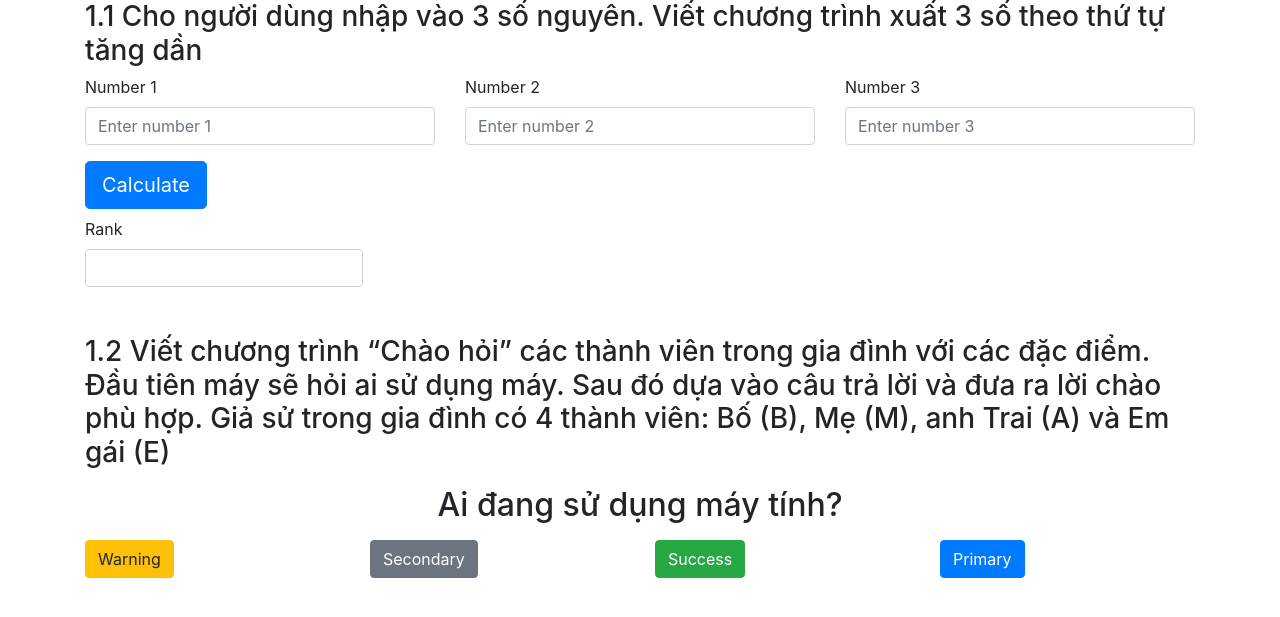
Repository: baobaodeveloper/bootscamp21__jsbasic__HuynhAnhBao
Page: index.html
An editor plug-in stored every save of this project. The page is shown before and after the next save, followed by the edit.
The browser window is 1280 px wide. The pictures show the whole page.

Above is the page before, as saved 2022-03-09 23:59:39.

### index.html
<!DOCTYPE html>
<html lang="en">
  <head>
    <title>javaScript basic</title>
    <!-- Required meta tags -->
    <meta charset="utf-8" />
    <meta
      name="viewport"
      content="width=device-width, initial-scale=1, shrink-to-fit=no"
    />

    <!-- Bootstrap CSS -->
    <link
      rel="stylesheet"
      href="https://stackpath.bootstrapcdn.com/bootstrap/4.3.1/css/bootstrap.min.css"
      integrity="sha384-ggOyR0iXCbMQv3Xipma34MD+dH/1fQ784/j6cY/iJTQUOhcWr7x9JvoRxT2MZw1T"
      crossorigin="anonymous"
    />
  </head>
  <body>
    <!-- Cho người dùng nhập vào 3 số nguyên. Viết chương trình xuất 3 số theo thứ tự tăng dần -->
    <div class="container mb-xl-5">
      <h3>
        1.1 Cho người dùng nhập vào 3 số nguyên. Viết chương trình xuất 3 số
        theo thứ tự tăng dần
      </h3>

      <div class="row">
        <div class="col">
          <label class="form-label">Number 1</label>
          <input
            type="text"
            class="form-control num1"
            placeholder="Enter number 1"
          />
        </div>
        <div class="col">
          <label class="form-label">Number 2</label>
          <input
            type="number"
            class="form-control num2"
            placeholder="Enter number 2"
          />
        </div>
        <div class="col">
          <label class="form-label">Number 3</label>
          <input
            type="number"
            class="form-control num3"
            placeholder="Enter number 3"
          />
        </div>
      </div>

      <button type="button " class="btn btn-primary btn-lg mt-3 mb-2 btn-rank">
        Calculate
      </button>

      <div class="mt-3 m-auto">
        <label class="form-label">Rank</label>
        <input type="text" class="form-control w-25 result1" />
      </div>
    </div>

    <!-- Viết chương trình “Chào hỏi” các thành viên trong gia đình với các đặc điểm. Đầu tiên máy
    sẽ hỏi ai sử dụng máy. Sau đó dựa vào câu trả lời và đưa ra lời chào phù hợp. Giả sử trong
    gia đình có 4 thành viên: Bố (B), Mẹ (M), anh Trai (A) và Em gái (E) -->
    <div class="container">
      <h3 class="mb-3">
        1.2 Viết chương trình “Chào hỏi” các thành viên trong gia đình với các
        đặc điểm. Đầu tiên máy sẽ hỏi ai sử dụng máy. Sau đó dựa vào câu trả lời
        và đưa ra lời chào phù hợp. Giả sử trong gia đình có 4 thành viên: Bố
        (B), Mẹ (M), anh Trai (A) và Em gái (E)
      </h3>

      <h2 class="mb-3 text-center">Ai đang sử dụng máy tính?</h2>
      <div class="row">
        <div class="col">
          <button type="button" class="btn btn-warning">Warning</button>
        </div>
        <div class="col">
          <button type="button" class="btn btn-secondary">Secondary</button>
        </div>
        <div class="col">
          <button type="button" class="btn btn-success">Success</button>
        </div>
        <div class="col">
          <button type="button" class="btn btn-primary">Primary</button>
        </div>
      </div>

      <div class="modal" tabindex="-1">
        <div class="modal-dialog">
          <div class="modal-content">
            <div class="modal-header">
              <h5 class="modal-title">Modal title</h5>
              <button
                type="button"
                class="btn-close"
                data-bs-dismiss="modal"
                aria-label="Close"
              ></button>
            </div>
            <div class="modal-body">
              <p>Modal body text goes here.</p>
            </div>
            <div class="modal-footer">
              <button
                type="button"
                class="btn btn-secondary"
                data-bs-dismiss="modal"
              >
                Close
              </button>
              <button type="button" class="btn btn-primary">
                Save changes
              </button>
            </div>
          </div>
        </div>
      </div>
    </div>
    <!-- Optional JavaScript -->
    <!-- jQuery first, then Popper.js, then Bootstrap JS -->
    <script
      src="https://code.jquery.com/jquery-3.3.1.slim.min.js"
      integrity="sha384-q8i/X+965DzO0rT7abK41JStQIAqVgRVzpbzo5smXKp4YfRvH+8abtTE1Pi6jizo"
      crossorigin="anonymous"
    ></script>
    <script
      src="https://cdnjs.cloudflare.com/ajax/libs/popper.js/1.14.7/umd/popper.min.js"
      integrity="sha384-UO2eT0CpHqdSJQ6hJty5KVphtPhzWj9WO1clHTMGa3JDZwrnQq4sF86dIHNDz0W1"
      crossorigin="anonymous"
    ></script>
    <script
      src="https://stackpath.bootstrapcdn.com/bootstrap/4.3.1/js/bootstrap.min.js"
      integrity="sha384-JjSmVgyd0p3pXB1rRibZUAYoIIy6OrQ6VrjIEaFf/nJGzIxFDsf4x0xIM+B07jRM"
      crossorigin="anonymous"
    ></script>

    <script src="exercise1.js"></script>
  </body>
</html>

### exercise1.js
const numValue1 = document.querySelector(".num1");
const numValue2 = document.querySelector(".num2");
const numValue3 = document.querySelector(".num3");
const btnRank = document.querySelector(".btn-rank");
const result1 = document.querySelector(".result1");
btnRank.addEventListener("click", () => {
  const num1 = +numValue1.value;
  const num2 = +numValue2.value;
  const num3 = +numValue3.value;
  let rank = "";
  if (num1 < num2 && num2 < num3) {
    rank = `${num1}  ${num2}  ${num3}`;
  } else if (num1 < num3 && num3 < num2) {
    rank = `${num1}  ${num3}  ${num2}`;
  } else if (num2 < num1 && num1 < num3) {
    rank = `${num2}  ${num1}  ${num3}`;
  } else if (num2 < num3 && num3 < num1) {
    rank = `${num2}  ${num1}  ${num3}`;
  } else if (num3 < num1 && num1 < num2) {
    rank = `${num3}  ${num1}  ${num2}`;
  } else if (num3 < num2 && num2 < num1) {
    rank = `${num3}  ${num2}  ${num1}`;
  } else if (num1 === num2 && num1 < num3) {
    rank = `${num1}  ${num1}  ${num3}`;
  } else if (num1 === num3 && num1 < num2) {
    rank = `${num1}  ${num1}  ${num3}`;
  } else if (num2 === num3 && num3 < num1) {
    rank = `${num2}  ${num2}  ${num3}`;
  }
  result1.value = rank;
});

After the next save:
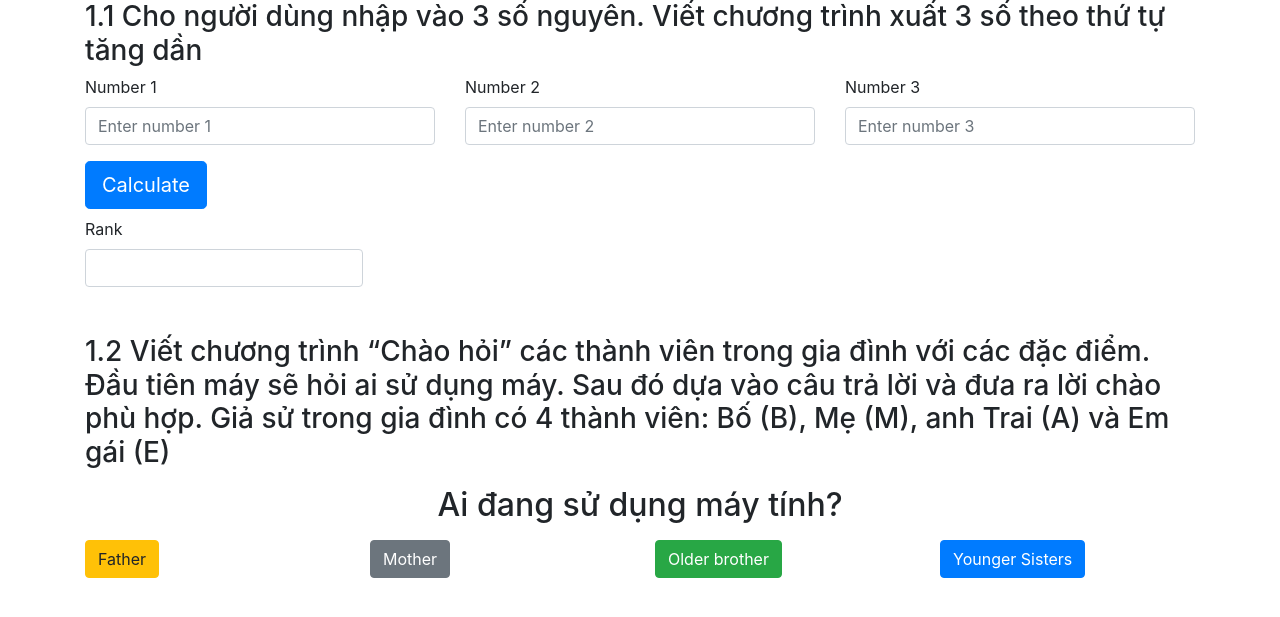
Saved 69 s later.
--- a/index.html
+++ b/index.html
@@ -76,16 +76,16 @@
       <h2 class="mb-3 text-center">Ai đang sử dụng máy tính?</h2>
       <div class="row">
         <div class="col">
-          <button type="button" class="btn btn-warning">Warning</button>
+          <button type="button" class="btn btn-warning">Father</button>
         </div>
         <div class="col">
-          <button type="button" class="btn btn-secondary">Secondary</button>
+          <button type="button" class="btn btn-secondary">Mother</button>
         </div>
         <div class="col">
-          <button type="button" class="btn btn-success">Success</button>
+          <button type="button" class="btn btn-success">Older brother</button>
         </div>
         <div class="col">
-          <button type="button" class="btn btn-primary">Primary</button>
+          <button type="button" class="btn btn-primary">Younger Sisters</button>
         </div>
       </div>
 
